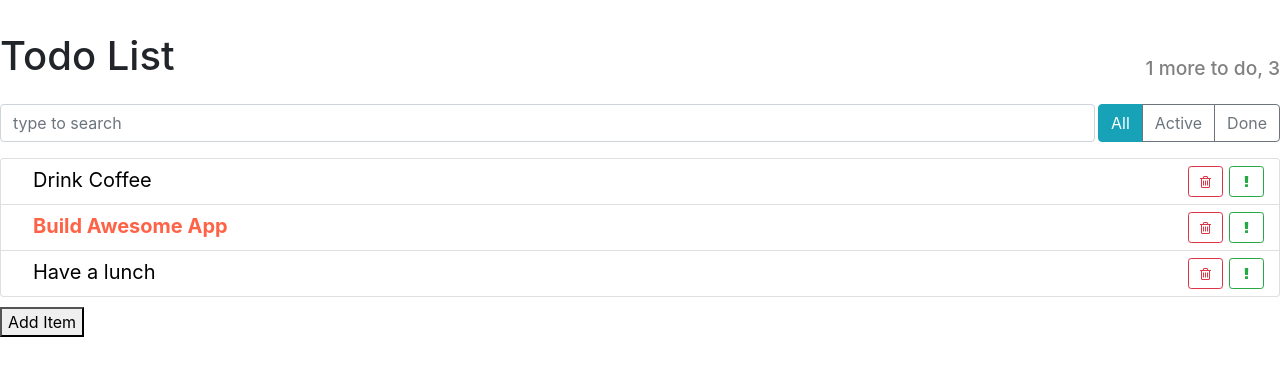
Repository: max535/react-todo-list
Page: /
The author's editor kept a copy of each file at every save. The page is drawn from the files as they stood at one save, then again after the next save.
The browser window is 1280 px wide. The pictures show the whole page.
The project was rebuilt for these pictures with package versions that can differ from the ones it lists, and the page was loaded fresh each time.

Above is the page before, as saved 2022-01-16 23:03:10.

After the next save:
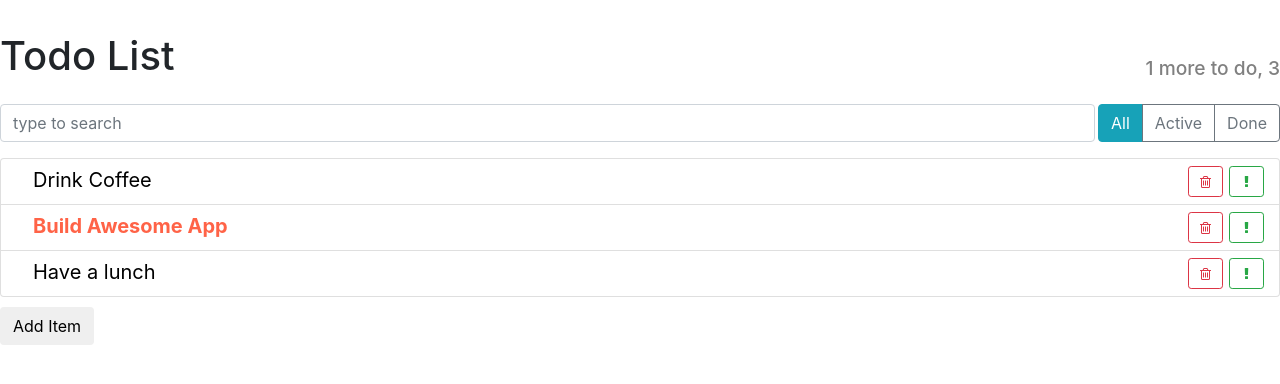
Saved 33 s later.
--- a/src/components/ItemAddForm/index.jsx
+++ b/src/components/ItemAddForm/index.jsx
@@ -5,7 +5,7 @@ import './ItemAddForm.css';
 export const ItemAddForm = () => {
     return (
         <div className="item-add-form">
-            <button>Add Item</button>
+            <button className="btn btn-outline">Add Item</button>
         </div>
     );
 };
